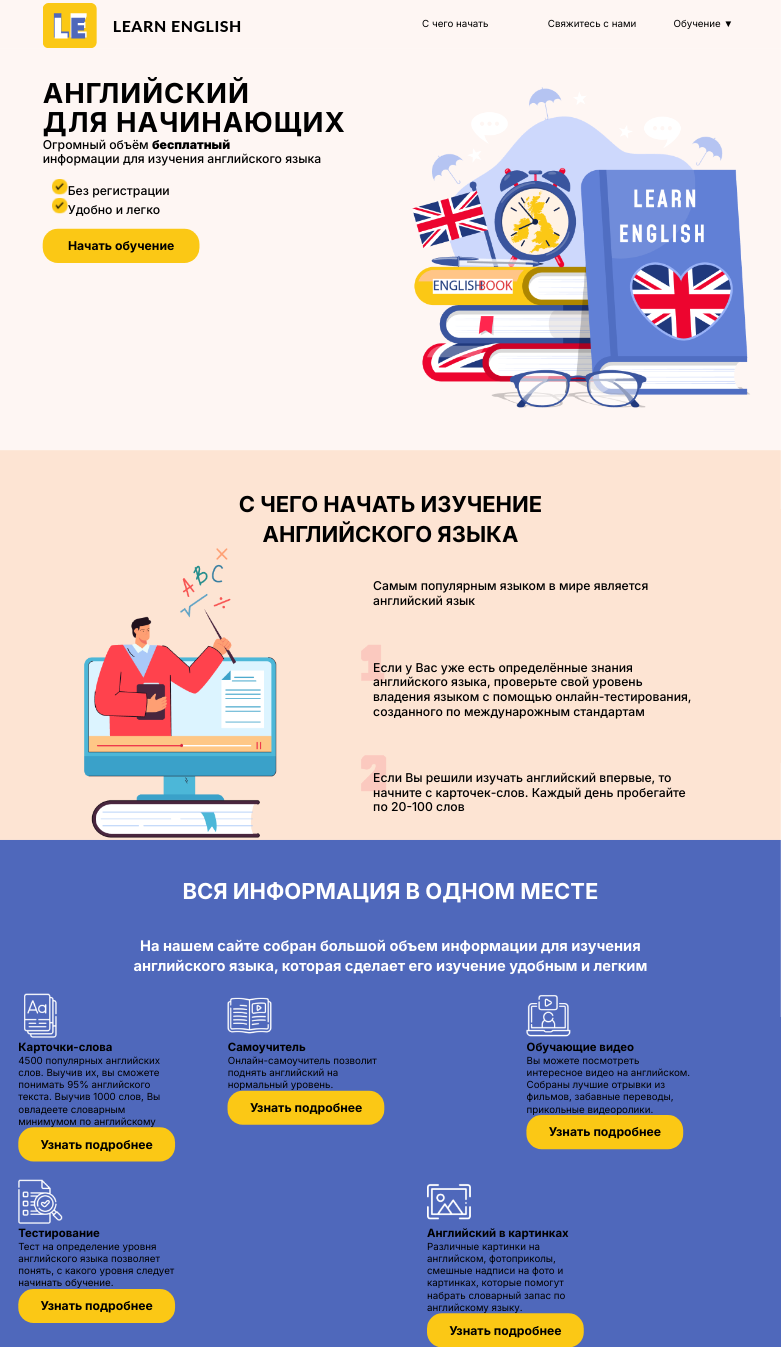
Repository: WladimirVA/Diplom
Page: scool/index.html
These files come from the project's save history. The page is drawn as it stood at one moment and after the next save; the edit follows.
The browser window is 1280 px wide. The pictures show the whole page, at 61% of full size.

Above is the page before, as saved 2023-07-06 20:00:09.

After the next save:
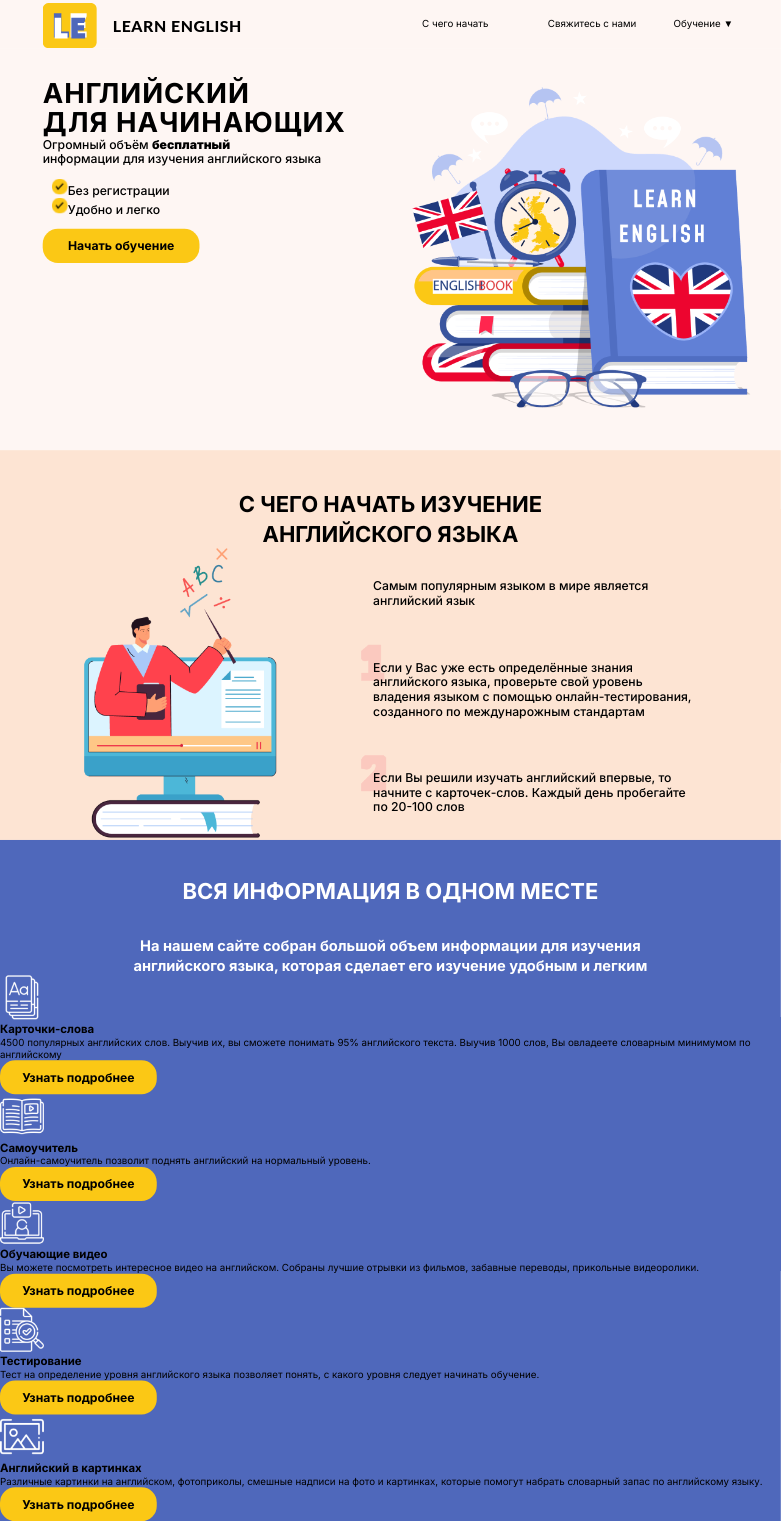
Saved 57 s later.
--- a/scool/css/index.css
+++ b/scool/css/index.css
@@ -267,7 +267,7 @@ ul.ddropdownn .ddropdownn-inside a:hover {/* Цвет фона изменитс
     text-align: center;
 }
 
-.information {
+/* .information {
     margin: 0 0 0 30px;
     display: grid;
     grid-template-columns: 0px 10%;
@@ -287,4 +287,4 @@ ul.ddropdownn .ddropdownn-inside a:hover {/* Цвет фона изменитс
 .information-wer {
     margin: 30px 0 0 0;
     max-width: 270px;
-}
+} */
